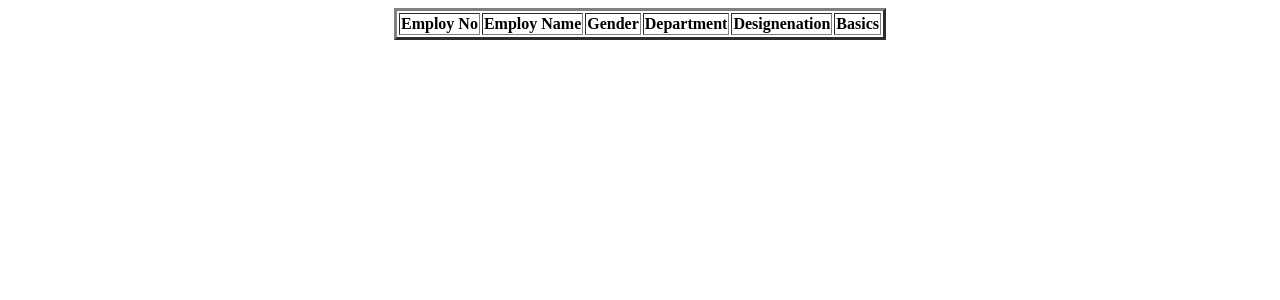
Repository: Guptaji153/Test002
Page: http://localhost/jspJDBC/EmployShow.jsp
An editor plug-in stored every save of this project. The page is shown before and after the next save, followed by the edit.
The browser window is 1280 px wide. The pictures show the whole page.
The page is served by Tomcat 9. Queries for data that is not in the repository find no rows.

Above is the page before, as saved 2025-05-06 04:59:42.

After the next save:
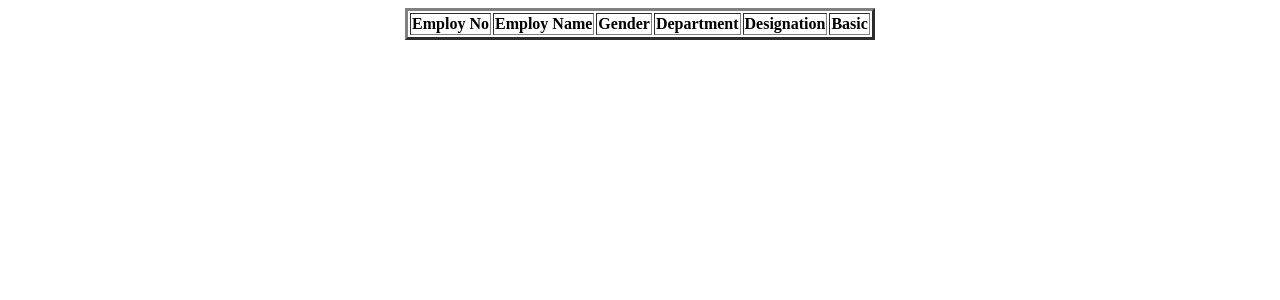
Saved 108 s later.
--- a/Day2/jspJDBC/src/main/webapp/EmployShow.jsp
+++ b/Day2/jspJDBC/src/main/webapp/EmployShow.jsp
@@ -1,34 +1,43 @@
-<%@page import="com.java.jdbc.model.Employ"%>
 <%@ page import="java.util.List" %>
-<%@page import="com.java.jdbc.dao.EmployDao"%>
-<%@page import="com.java.jdbc.dao.EmployDaoImpl"%>
-<%@ page language="java" contentType="text/html; charset=ISO-8859-1"
-    pageEncoding="ISO-8859-1"%>
+<%@ page import="com.java.jdbc.dao.EmployDao" %>
+<%@ page import="com.java.jdbc.dao.EmployDaoImpl" %>
+<%@ page import="com.java.jdbc.model.Employ" %> <!-- Make sure this exists -->
+<%@ page language="java" contentType="text/html; charset=ISO-8859-1" pageEncoding="ISO-8859-1" %>
 <!DOCTYPE html>
 <html>
 <head>
 <meta charset="ISO-8859-1">
-<title>Insert title here</title>
+<title>Employee List</title>
 </head>
 <body>
 
-<% EmployDao dao = new EmployDaoImpl();
-  List<Employ> employList = dao.showEmployDao();
+<%
+    EmployDao dao = new EmployDaoImpl();
+    List<Employ> employList = dao.showEmployDao();
 %>
 
 <table border="3" align="center">
-
 <tr>
-    <th>Employ No </th>
+    <th>Employ No</th>
     <th>Employ Name</th>
     <th>Gender</th>
     <th>Department</th>
-    <th>Designenation</th>
-    <th>Basics</th>
- </tr>
+    <th>Designation</th>
+    <th>Basic</th>
+</tr>
+
+<% for (Employ emp : employList) { %>
+<tr>
+    <td><%= emp.getEmpno() %></td>
+    <td><%= emp.getName() %></td>
+    <td><%= emp.getGender() %></td>
+    <td><%= emp.getDept() %></td>
+    <td><%= emp.getDesig() %></td>
+    <td><%= emp.getBasic() %></td>
+</tr>
+<% } %>
 
 </table>
 
-
 </body>
 </html>
